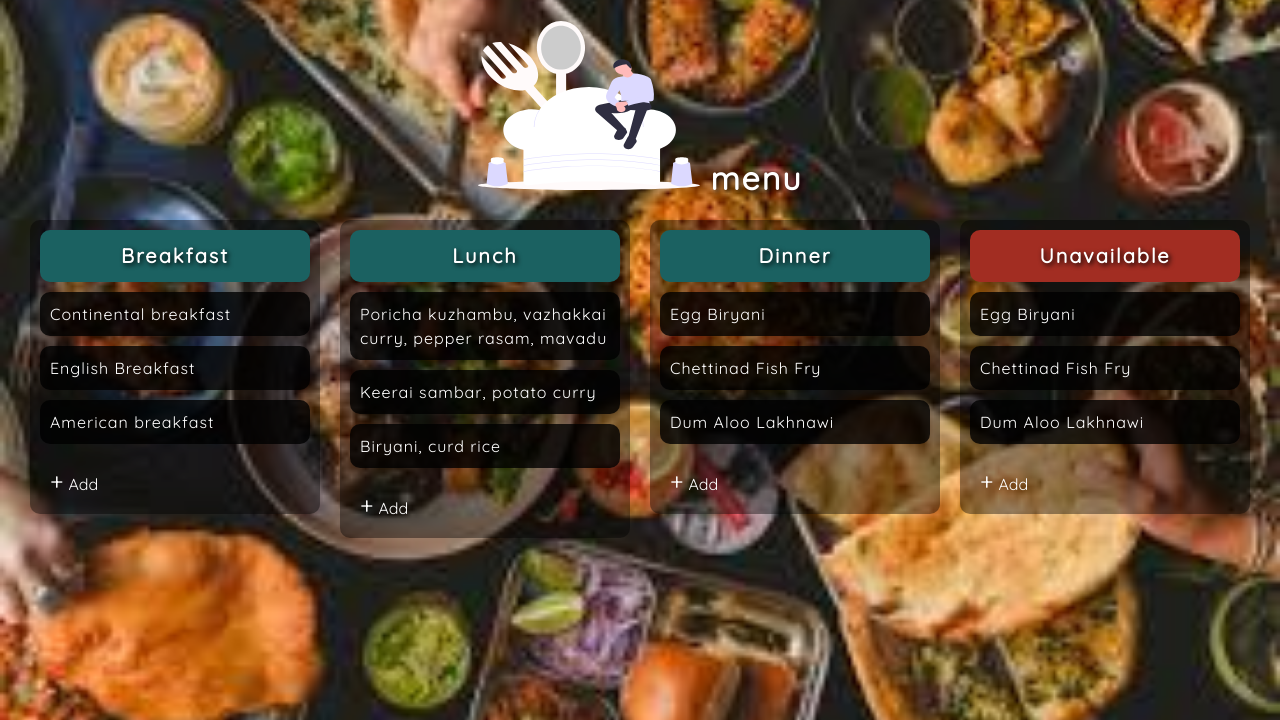
Repository: Anasooya2601/drag-and-drop
Page: index.html
An editor plug-in stored every save of this project. The page is shown before and after the next save, followed by the edit.
The browser window is 1280 px wide. The pictures show the whole page.
Backgrounds fixed to the window are drawn as part of the page.

Above is the page before, as saved 2021-02-05 01:51:20.

### index.html
<!DOCTYPE html>
<html lang="en">
<head>
    <meta charset="UTF-8">
    <meta name="viewport" content="width=device-width, initial-scale=1.0">
    <title>MRC</title>
    <link rel="icon" type="image/png" href="favicon.png">
    <link rel="stylesheet" href="style.css">
</head>
<body>

    <h1 class="main-title">
        <img src="mrc.svg" alt="">
    menu
</h1>
    <div class="drag-container">
        <ul class="drag-list">
<!-- breakfast column -->

<li class="drag-column progress-column">
    <span class="header">
        <h1>Breakfast</h1>
    </span>
    <!-- breakfast-content -->
    <div id="progress-content">
        <ul class="drag-item-list"id= "progress-list">
            <li class="drag-item"> Continental breakfast</li>
            <li class="drag-item">English Breakfast</li>
            <li class="drag-item">American breakfast</li>
        </ul>
    </div>
    <!-- add-button -->
    <div class="add-btn-group">
        <div class="add-btn">
    <span class="plus-sign">+</span>
    <span>Add</span>
</div>
<div class="add-btn solid">
    <span>save</span>
</div>
<div class="add-container">
    <div class="add-item"></div>

</div>

    </div>
</li>
<li class="drag-column progress-column">
    <span class="header">
        <h1>Lunch</h1>
    </span>
    <!-- breakfast-content -->
    <div id="progress-content">
        <ul class="drag-item-list"id= "progress-list">
            <li class="drag-item"> Poricha kuzhambu, vazhakkai curry, pepper rasam, mavadu</li>
            <li class="drag-item">Keerai sambar, potato curry</li>
            <li class="drag-item">Biryani, curd rice</li>
        </ul>
    </div>
    <!-- add-button -->
    <div class="add-btn-group">
        <div class="add-btn">
    <span class="plus-sign">+</span>
    <span>Add</span>
</div>
<div class="add-btn solid">
    <span>save</span>
</div>
<div class="add-container">
    <div class="add-item"></div>

</div>

    </div>
</li>
<li class="drag-column progress-column">
    <span class="header">
        <h1>Dinner</h1>
    </span>
    <!-- breakfast-content -->
    <div id="progress-content">
        <ul class="drag-item-list"id= "progress-list">
            <li class="drag-item"> Egg Biryani</li>
            <li class="drag-item"> Chettinad Fish Fry</li>
            <li class="drag-item">Dum Aloo Lakhnawi</li>
        </ul>
    </div>
    <!-- add-button -->
    <div class="add-btn-group">
        <div class="add-btn">
    <span class="plus-sign">+</span>
    <span>Add</span>
</div>
<div class="add-btn solid">
    <span>save</span>
</div>
<div class="add-container">
    <div class="add-item"></div>

</div>

    </div>
</li>
<li class="drag-column on-hold-column">
    <span class="header">
        <h1>Unavailable</h1>
    </span>
    <!-- breakfast-content -->
    <div id="on-hold-content">
        <ul class="drag-item-list"id= "on-hold-list">
            <li class="drag-item"> Egg Biryani</li>
            <li class="drag-item"> Chettinad Fish Fry</li>
            <li class="drag-item">Dum Aloo Lakhnawi</li>
        </ul>
    </div>
    <!-- add-button -->
    <div class="add-btn-group">
        <div class="add-btn">
    <span class="plus-sign">+</span>
    <span>Add</span>
</div>
<div class="add-btn solid">
    <span>save</span>
</div>
<div class="add-container">
    <div class="add-item"></div>

</div>

    </div>
</li>
        </ul>
    </div>
    <!-- Script -->
    <script src="script.js"></script>
</body>
</html>

### style.css
/* Trees Image - Pexels: https://www.pexels.com/photo/photo-of-trees-in-forest-3801030/ */
@import url("https://fonts.googleapis.com/css?family=Quicksand&display=swap");

html {
  box-sizing: border-box;
}

:root {
  --column-1: #a2622d;
  --column-2: #1b6161;
  --column-3: #248224;
  --column-4: #a22d22;
}

body {
  margin: 0;
  background: url("./food.jpg");
  background-size: cover;
  background-position: 50% 60%;
  background-attachment: fixed;
  color: white;
  font-family: Quicksand, sans-serif;
  overflow-y: hidden;
}

h1 {
  letter-spacing: 2px;
  text-shadow: 2px 2px 5px black;
}

.main-title {
  text-align: center;
  font-size: 3rem;
}

ul {
  list-style-type: none;
  margin: 0;
  padding: 0;
}

.drag-container {
  margin: 20px;
}

.drag-list {
  display: flex;
  align-items: flex-start;
}

/* Columns */
.drag-column {
flex: 1;
  margin: 0 10px;
  position: relative;
  background-color: rgba(0, 0, 0, 0.4);
  border-radius: 10px;
  overflow-x: hidden;
}

.backlog-column .header,
.backlog-column .solid,
.backlog-column .solid:hover,
.backlog-column .over {
  background-color: var(--column-1);
}

.progress-column .header,
.progress-column .solid,
.progress-column .solid:hover,
.progress-column .over {
  background-color: var(--column-2);
}

.complete-column .header,
.complete-column .solid,
.complete-column .solid:hover,
.complete-column .over {
  background-color: var(--column-3);
}

.on-hold-column .header,
.on-hold-column .solid,
.on-hold-column .solid:hover,
.on-hold-column .over {
  background-color: var(--column-4);
}

/* Custom Scrollbar */
.custom-scroll {
  overflow-y: auto;
  max-height: 75vh;
}

.custom-scroll::-webkit-scrollbar-track {
  box-shadow: inset 0 0 6px rgba(0, 0, 0, 0.4);
  border-radius: 10px;
  background-color: rgba(255, 255, 255, 0.3);
  margin-right: 5px;
}

.custom-scroll::-webkit-scrollbar {
  width: 10px;
}

.custom-scroll::-webkit-scrollbar-thumb {
  border-radius: 10px;
  box-shadow: inset 0 0 6px rgba(0, 0, 0, 0.3);
  background-color: rgba(0, 0, 0, 0.8);
}

.header {
  display: flex;
  justify-content: center;
  border-radius: 10px;
  margin: 10px;
}

.header h1 {
  font-size: 1.25rem;
}

/* Drag and Drop */
.over {
  padding: 50px 10px;
}

.drag-item-list {
  min-height: 50px;
}

.drag-item {
  margin: 10px;
  padding: 10px;
  height: fit-content;
  background-color: rgba(0, 0, 0, 0.8);
  border-radius: 10px;
  line-height: 1.5rem;
  letter-spacing: 1px;
  cursor: pointer;
}

.drag-item:focus {
  outline: none;
  background-color: white;
  color: black;
}

/* Add Button Group */
.add-btn-group {
  display: flex;
  justify-content: space-between;
}

.add-btn {
  margin: 10px;
  padding: 5px 10px;
  display: flex;
  align-items: center;
  cursor: pointer;
  width: fit-content;
  border-radius: 5px;
  transition: all 0.3s ease-in;
  user-select: none;
}

.add-btn:hover {
  background-color: rgba(255, 255, 255, 0.9);
  color: black;
}

.add-btn:active {
  transform: scale(0.97);
}

.solid {
  display: none;
}

.solid:hover {
  transition: unset;
  filter: brightness(95%);
  color: white;
}

.plus-sign {
  font-size: 1.5rem;
  margin-right: 5px;
  position: relative;
  top: -3px;
}

.add-container {
  margin: 10px;
  padding: 5px 10px;
  border-radius: 10px;
  background-color: rgba(255, 255, 255, 0.9);
  min-height: 100px;
  display: none;
}

.add-item {
  width: 100%;
  min-height: 100px;
  height: auto;
  background-color: white;
  border-radius: 10px;
  margin: 5px auto;
  resize: none;
  color: black;
  padding: 10px;
}

.add-item:focus {
  outline: none;
}

/* Media Query: Laptop */
@media screen and (max-width: 1800px) {
  .main-title {
    font-size: 2rem;
  }
}

/* Media Query: Large Smartphone (Vertical) */
@media screen and (max-width: 600px) {
  body {
    overflow-y: auto;
  }

  .drag-container {
    margin: 0;
  }

  .drag-list {
    display: block;
  }

  .drag-column {
    margin: 10px;
  }
}

### script.js
const addBtns = document.querySelectorAll('.add-btn:not(.solid)');
const saveItemBtns = document.querySelectorAll('.solid');
const addItemContainers = document.querySelectorAll('.add-container');
const addItems = document.querySelectorAll('.add-item');
// Item Lists
const itemLists = document.querySelectorAll('.drag-item-list');
const backlogList = document.getElementById('backlog-list');
const progressList = document.getElementById('progress-list');
const completeList = document.getElementById('complete-list');
const onHoldList = document.getElementById('on-hold-list');

// Items


// Initialize Arrays
let backlogListArray = [];
let progressListArray = [];
let completeListArray = [];
let onHoldListArray = [];

// Drag Functionality


// Get Arrays from localStorage if available, set default values if not
function getSavedColumns() {
  if (localStorage.getItem('backlogItems')) {
    backlogListArray = JSON.parse(localStorage.backlogItems);
    progressListArray = JSON.parse(localStorage.progressItems);
    completeListArray = JSON.parse(localStorage.completeItems);
    onHoldListArray = JSON.parse(localStorage.onHoldItems);
  } else {
    backlogListArray = ['Release the course', 'Sit back and relax'];
    progressListArray = ['Work on projects', 'Listen to music'];
    completeListArray = ['Being cool', 'Getting stuff done'];
    onHoldListArray = ['Being uncool'];
  }
}

// Set localStorage Arrays
function updateSavedColumns() {
  localStorage.setItem('backlogItems', JSON.stringify(backlogListArray));
  localStorage.setItem('progressItems', JSON.stringify(progressListArray));
  localStorage.setItem('completeItems', JSON.stringify(completeListArray));
  localStorage.setItem('onHoldItems', JSON.stringify(onHoldListArray));
}

// Create DOM Elements for each list item
function createItemEl(columnEl, column, item, index) {
  console.log('columnEl:', columnEl);
  console.log('column:', column);
  console.log('item:', item);
  console.log('index:', index);
  // List Item
  const listEl = document.createElement('li');
  listEl.classList.add('drag-item');

}

// Update Columns in DOM - Reset HTML, Filter Array, Update localStorage
function updateDOM() {
  // Check localStorage once

  // Backlog Column

  // Progress Column

  // Complete Column

  // On Hold Column

  // Run getSavedColumns only once, Update Local Storage


}

After the next save:
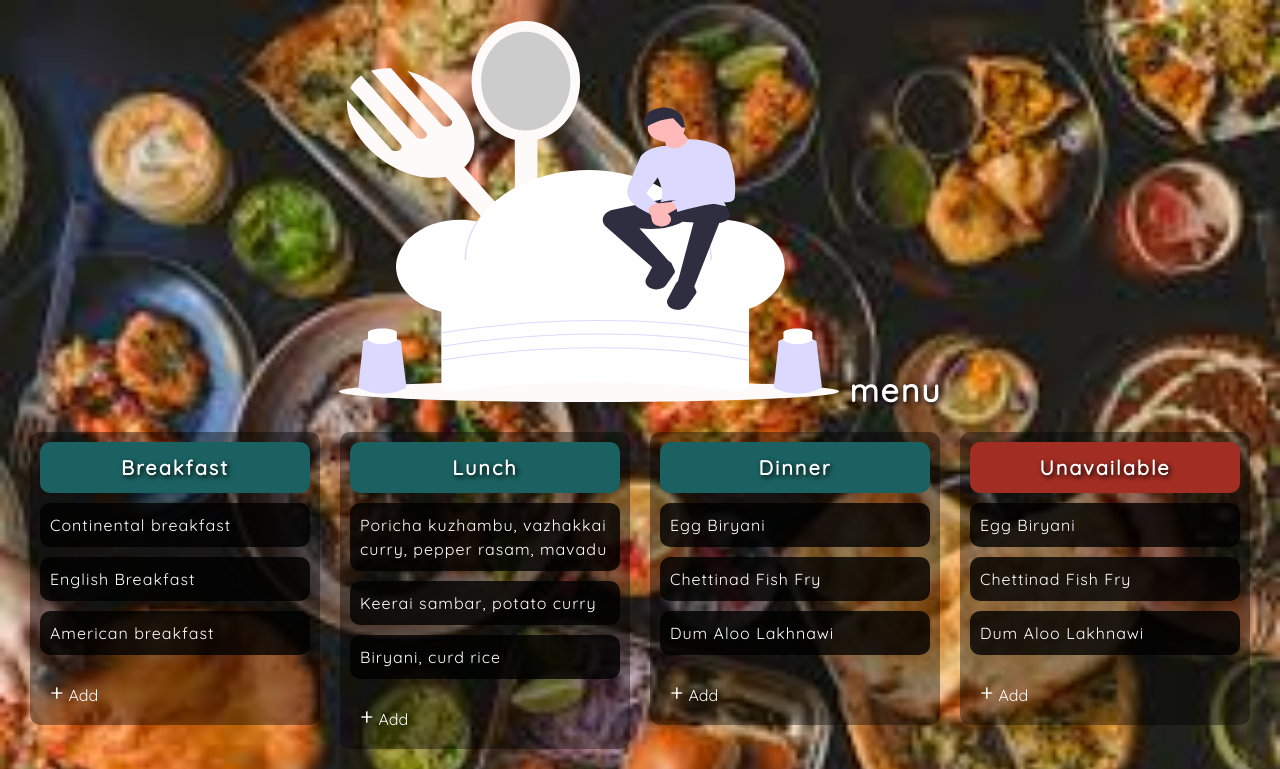
Saved 68 s later.
--- a/index.html
+++ b/index.html
@@ -10,7 +10,7 @@
 <body>
 
     <h1 class="main-title">
-        <img src="mrc.svg" alt="">
+        <img src="mrc.svg" width="500" alt="">
     menu
 </h1>
     <div class="drag-container">
